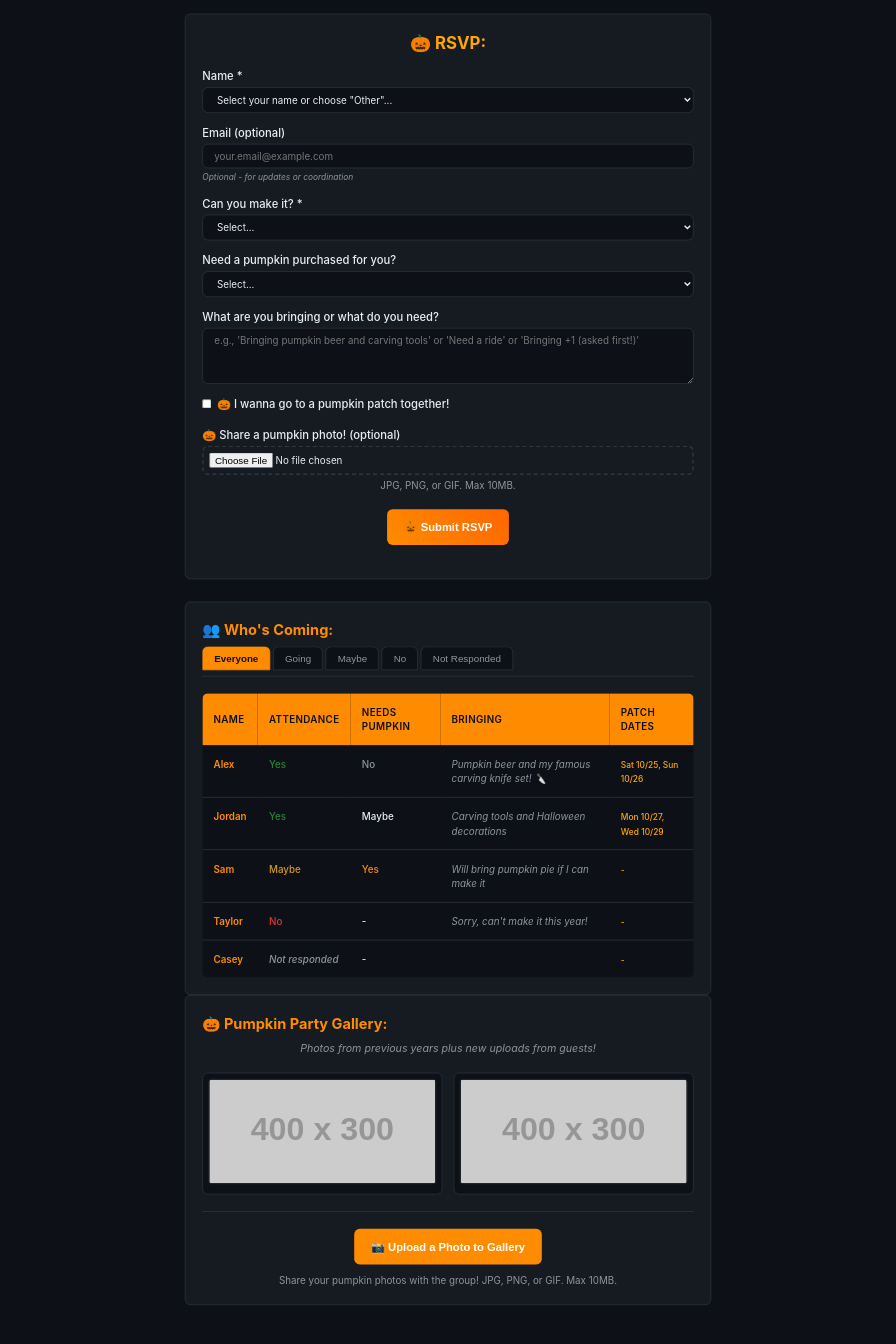
Repository: jeff-hamm/pumpkinfest
Page: index.html
An editor plug-in stored every save of this project. The page is shown before and after the next save, followed by the edit.
The browser window is 1280 px wide. The pictures show the part of the page from y = 1339 to 3259 px (the page is 3259 px tall before and 3205 px after), at 70% of full size.
The page's requests for data from a server got no answer.

Above is the page before, as saved 2025-10-25 14:36:38.

After the next save:
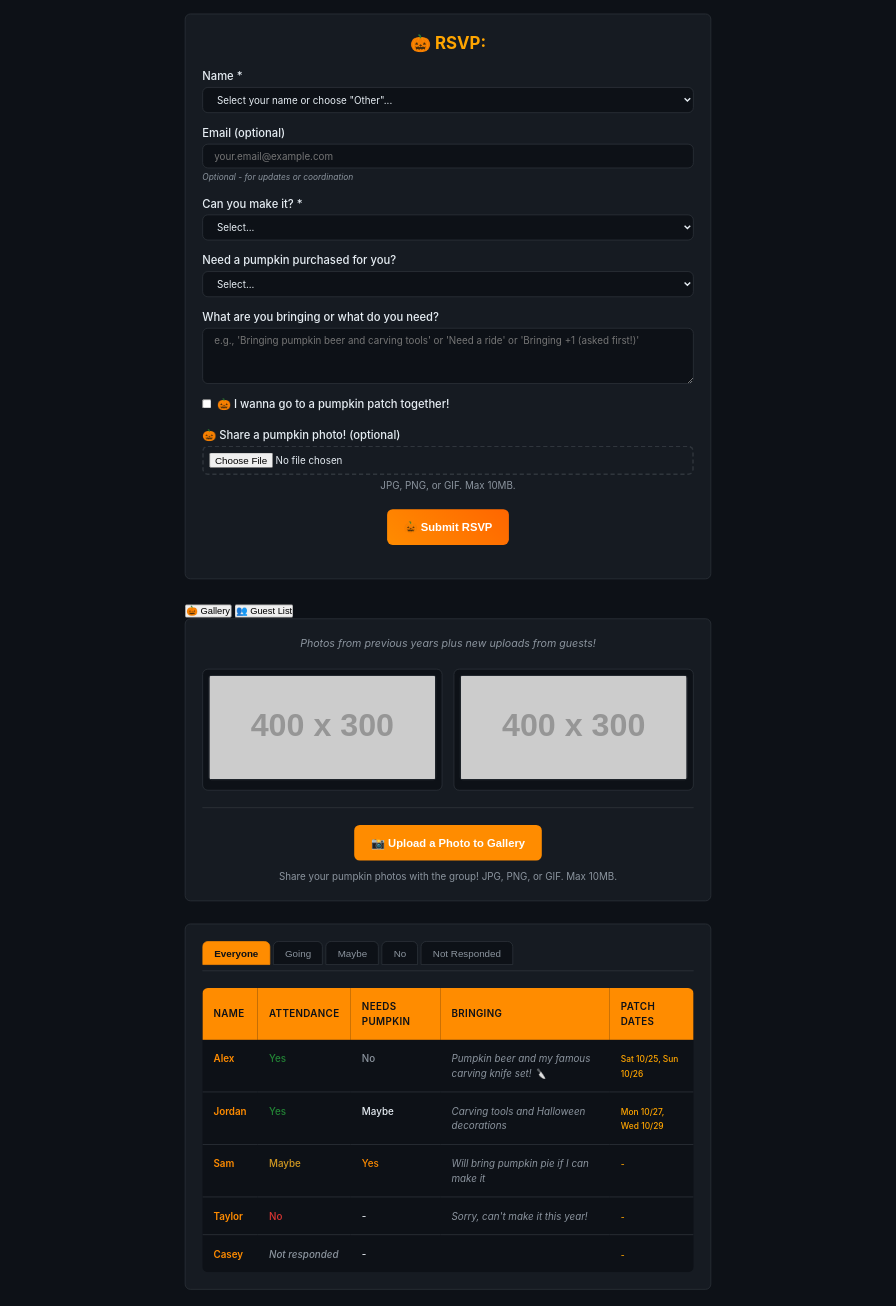
Saved 75 s later.
--- a/index.html
+++ b/index.html
@@ -183,62 +183,70 @@
             </form>
         </div>
 
-        <div id="rsvp-grid-section" class="rsvp-grid-section">
-            <h3>👥 Who's Coming:</h3>
-
-            <div class="filter-tabs">
-                <button class="filter-tab active" data-filter="Everyone">Everyone</button>
-                <button class="filter-tab" data-filter="Going">Going</button>
-                <button class="filter-tab" data-filter="Maybe">Maybe</button>
-                <button class="filter-tab" data-filter="No">No</button>
-                <button class="filter-tab" data-filter="Not Responded">Not Responded</button>
-            </div>
-
-            <div class="rsvp-grid-container">
-                <table id="rsvp-grid" class="rsvp-grid">
-                    <thead>
-                        <tr>
-                            <th>Name</th>
-                            <th>Attendance</th>
-                            <th>Needs Pumpkin</th>
-                            <th>Bringing</th>
-                            <th>Patch Dates</th>
-                        </tr>
-                    </thead>
-                    <tbody id="rsvp-grid-body">
-                        <!-- Grid rows will be dynamically loaded here -->
-                    </tbody>
-                </table>
-                <div id="no-rsvps-message" class="no-rsvps-message" style="display: none;">
-                    <p>🎃 No RSVPs match the current filter.</p>
-                </div>
-            </div>
-        </div>
-
-        <div class="gallery-section">
-            <h3>🎃 Pumpkin Party Gallery:</h3>
-            <p class="gallery-description">Photos from previous years plus new uploads from guests!</p>
-            <div class="gallery-loading" id="gallery-loading">
-                <p>Loading gallery images... 🎃</p>
-            </div>
-            <div class="image-gallery" id="image-gallery">
-                <!-- Images will be loaded dynamically from Google Drive -->
-            </div>
-
-            <div class="gallery-upload-section">
-                <div class="gallery-upload">
-                    <input type="file" id="gallery-photo-upload" accept="image/*" class="file-input" style="display: none;">
-                    <button type="button" id="gallery-upload-btn" class="btn-upload">
-                        📸 Upload a Photo to Gallery
-                    </button>
-                    <div id="gallery-upload-preview" class="photo-preview" style="display: none;">
-                        <img id="gallery-preview-img" class="preview-image" alt="Photo preview">
-                        <div class="upload-actions">
-                            <button type="button" id="gallery-upload-submit" class="btn-primary btn-small">Upload</button>
-                            <button type="button" id="gallery-upload-cancel" class="btn-secondary btn-small">Cancel</button>
-                        </div>
-                    </div>
-                    <div class="file-info">Share your pumpkin photos with the group! JPG, PNG, or GIF. Max 10MB.</div>
+        <div id="content-tabs-section" class="content-tabs-section">
+            <div class="tab-navigation">
+                <button class="tab-btn active" data-tab="gallery">🎃 Gallery</button>
+                <button class="tab-btn" data-tab="guest-list">👥 Guest List</button>
+            </div>
+
+            <div id="gallery-tab" class="tab-content active">
+                <div class="gallery-section">
+                    <p class="gallery-description">Photos from previous years plus new uploads from guests!</p>
+                    <div class="gallery-loading" id="gallery-loading">
+                        <p>Loading gallery images... 🎃</p>
+                    </div>
+                    <div class="image-gallery" id="image-gallery">
+                        <!-- Images will be loaded dynamically from Google Drive -->
+                    </div>
+
+                    <div class="gallery-upload-section">
+                        <div class="gallery-upload">
+                            <input type="file" id="gallery-photo-upload" accept="image/*" class="file-input" style="display: none;">
+                            <button type="button" id="gallery-upload-btn" class="btn-upload">
+                                📸 Upload a Photo to Gallery
+                            </button>
+                            <div id="gallery-upload-preview" class="photo-preview" style="display: none;">
+                                <img id="gallery-preview-img" class="preview-image" alt="Photo preview">
+                                <div class="upload-actions">
+                                    <button type="button" id="gallery-upload-submit" class="btn-primary btn-small">Upload</button>
+                                    <button type="button" id="gallery-upload-cancel" class="btn-secondary btn-small">Cancel</button>
+                                </div>
+                            </div>
+                            <div class="file-info">Share your pumpkin photos with the group! JPG, PNG, or GIF. Max 10MB.</div>
+                        </div>
+                    </div>
+                </div>
+            </div>
+
+            <div id="guest-list-tab" class="tab-content">
+                <div id="rsvp-grid-section" class="rsvp-grid-section">
+                    <div class="filter-tabs">
+                        <button class="filter-tab active" data-filter="Everyone">Everyone</button>
+                        <button class="filter-tab" data-filter="Going">Going</button>
+                        <button class="filter-tab" data-filter="Maybe">Maybe</button>
+                        <button class="filter-tab" data-filter="No">No</button>
+                        <button class="filter-tab" data-filter="Not Responded">Not Responded</button>
+                    </div>
+
+                    <div class="rsvp-grid-container">
+                        <table id="rsvp-grid" class="rsvp-grid">
+                            <thead>
+                                <tr>
+                                    <th>Name</th>
+                                    <th>Attendance</th>
+                                    <th>Needs Pumpkin</th>
+                                    <th>Bringing</th>
+                                    <th>Patch Dates</th>
+                                </tr>
+                            </thead>
+                            <tbody id="rsvp-grid-body">
+                                <!-- Grid rows will be dynamically loaded here -->
+                            </tbody>
+                        </table>
+                        <div id="no-rsvps-message" class="no-rsvps-message" style="display: none;">
+                            <p>🎃 No RSVPs match the current filter.</p>
+                        </div>
+                    </div>
                 </div>
             </div>
         </div>
